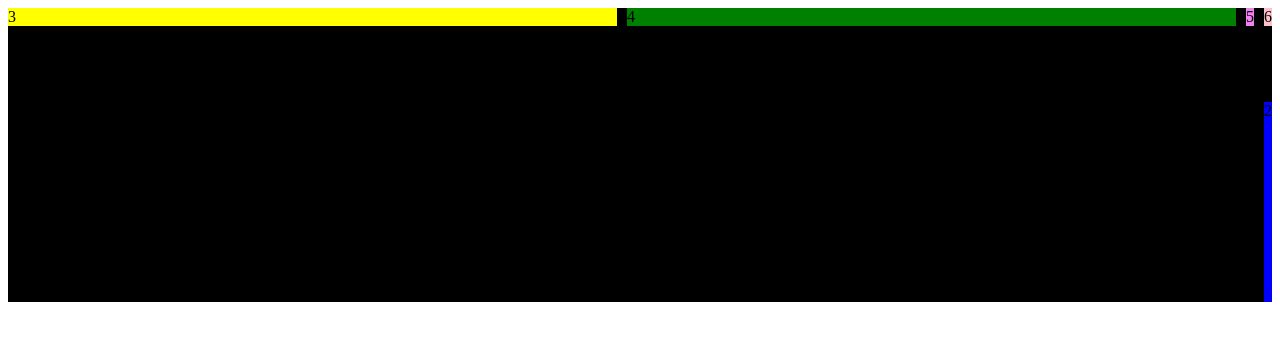
Repository: IrinaGetmanenko/week6
Page: tables.html
The author's editor kept a copy of each file at every save. The page is drawn from the files as they stood at one save, then again after the next save.
The browser window is 1280 px wide. The pictures show the whole page.

Above is the page before, as saved 2022-09-02 12:21:26.

### tables.html
<!DOCTYPE html>
<html lang="en">
<head>
    <meta charset="UTF-8">
    <meta http-equiv="X-UA-Compatible" content="IE=edge">
    <meta name="viewport" content="width=device-width, initial-scale=1.0">
    <title>Document</title>
</head>
<style>

.grid {
  display: grid;
   grid-template-columns: 1fr 1fr ;
  grid-template-rows: 1fr 1fr 1fr;
  gap: 10px;
  background-color: black;
}

.grid-item1 {
    background-color: red;
    height: 200px;
    grid-area: gd1;


}
.grid-item2 {
    background-color: blue;
    grid-area: gd2;
}
.grid-item3 {
    background-color: yellow;

}
.grid-item4 {
    background-color: green;
}
.grid-item5 {
    background-color: violet;
}
.grid-item6 {
    background-color: pink;
}
</style>
<body>
        <div class="grid">
        <div class="grid-item grid-item1">1</div>
        <div class="grid-item grid-item2">2</div>
        <div class="grid-item grid-item3">3</div>
        <div class="grid-item grid-item4">4</div>
        <div class="grid-item grid-item5">5</div>
        <div class="grid-item grid-item6">6</div>
      </div>
</body>
</html>

After the next save:
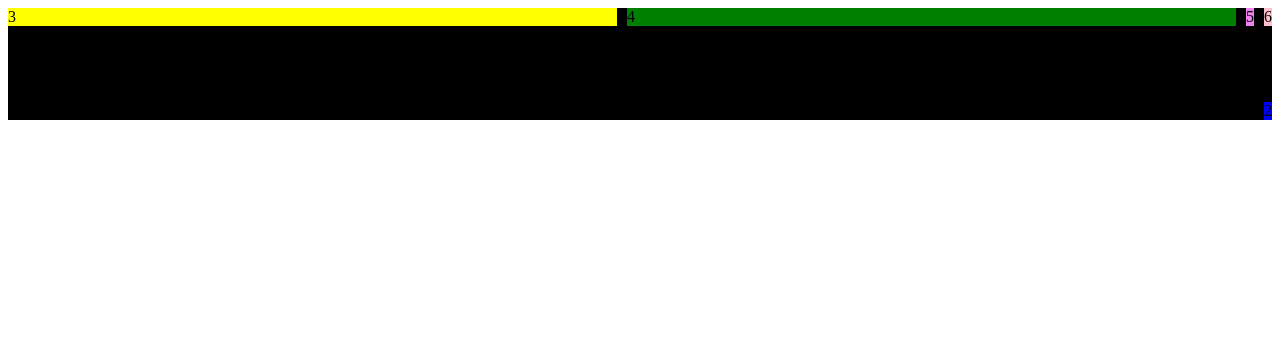
Saved 54 s later.
--- a/tables.html
+++ b/tables.html
@@ -18,8 +18,7 @@
 
 .grid-item1 {
     background-color: red;
-    height: 200px;
-    grid-area: gd1;
+        grid-area: gd1;
 
 
 }
